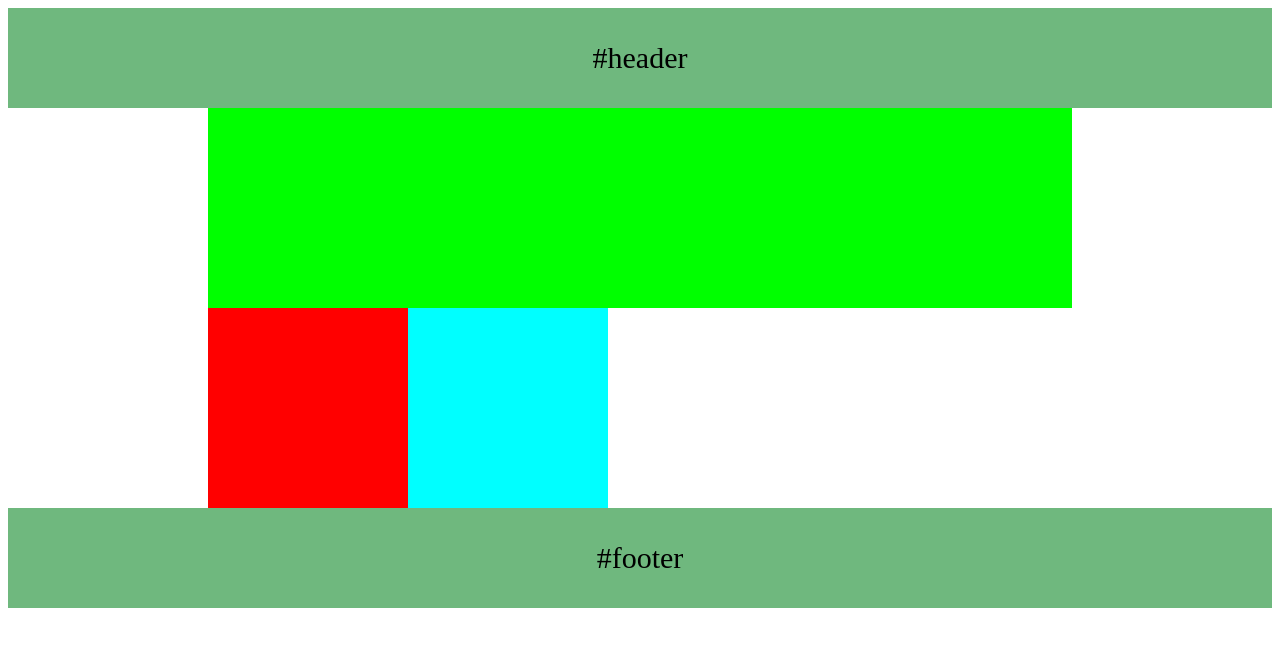
Repository: LstHeart/html-learning
Page: css/圣杯布局.html
The author's editor kept a copy of each file at every save. The page is drawn from the files as they stood at one save, then again after the next save.
The browser window is 1280 px wide. The pictures show the whole page.

Above is the page before, as saved 2021-01-06 21:58:49.

### css/圣杯布局.html
<!DOCTYPE html>
<html lang="en">
<head>
    <meta charset="UTF-8">
    <meta name="viewport" content="width=device-width, initial-scale=1.0">
    <title>圣杯布局</title>
    <link rel="stylesheet" href="圣杯布局.css">
</head>
<body>
    <!-- 一个网页通常由上中下三部分组成 -->
    <!-- 1.header头部 -->
    <div class="header">#header</div>
    <!-- 2.主题内容区content -->
    <div class="container">
        <div class="column center"></div>
        <div class="column left"></div>
        <div class="column right"></div>
    </div>
    <!-- 3.尾部footer -->
    <div class="footer">#footer</div>

</body>
</html>

### css/圣杯布局.css
/* 头部和尾部 */
.header,.footer{
    width: 100%;
    height: 100px;
    background-color: rgb(111, 184, 126);
    text-align: center;
    font-size: 30px;
    /* vertical-align: middle; */
    line-height: 100px;
}
/* 主体 */
.container{
    padding: 0 200px;
    overflow: hidden;
}
.column{
    float: left;
    height: 200px;
    position: relative;
}
.left{
    width: 200px;
    background-color: #ff0000;
    left: 0px
}
.center{
    width: 100%;
    background-color: #00ff00;
}
.right{
    width: 200px;
    background-color: #00ffff;
}

After the next save:
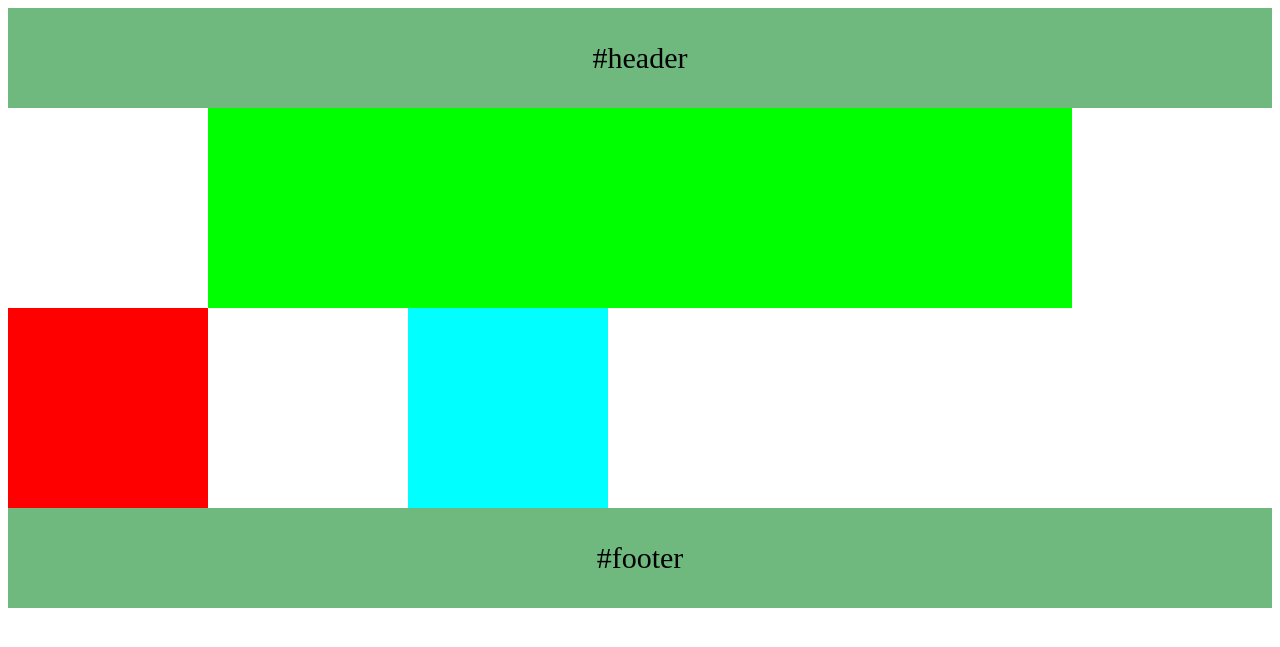
Saved 6 s later.
--- a/css/圣杯布局.css
+++ b/css/圣杯布局.css
@@ -21,7 +21,7 @@
 .left{
     width: 200px;
     background-color: #ff0000;
-    left: 0px
+    left: -200px
 }
 .center{
     width: 100%;
